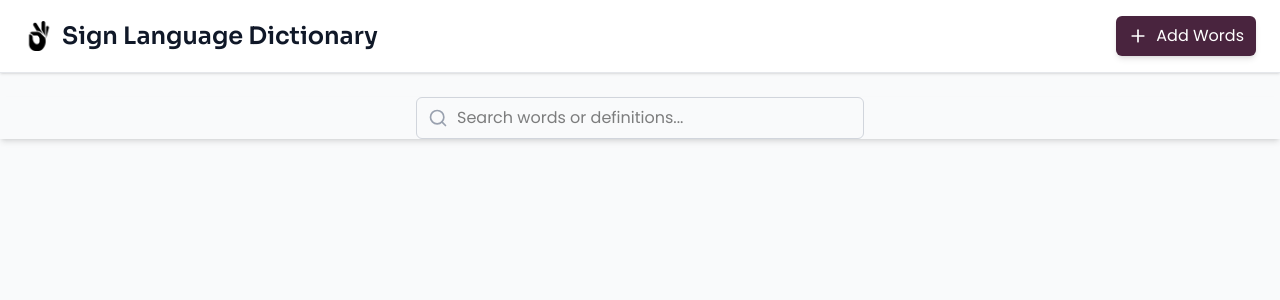
Repository: jabir12-12/sign-setu
Page: /
The author's editor kept a copy of each file at every save. The page is drawn from the files as they stood at one save, then again after the next save.
The browser window is 1280 px wide. The pictures show the whole page.
The project was rebuilt for these pictures with package versions that can differ from the ones it lists, and the page was loaded fresh each time. The framework's server and built-in components were replaced by stand-ins that run in the browser. Also part of the build but not shown: next.config.ts.

Above is the page before, as saved 2025-05-27 16:22:22.

### app/page.tsx
'use client';
import React from 'react';
import Image from 'next/image';
import { Plus, Search } from 'lucide-react';

export default function StockDashboard() {
  return (
    <div className="bg-gray-50 min-h-screen flex flex-col">
      {/* Header */}
      <header className="sticky top-0 z-10 flex flex-wrap justify-between items-center px-4 md:px-6 py-3 md:py-4 bg-white border-b border-gray-200 shadow-sm">
        {/* Left: Logo & Title */}
        <div className="flex items-center space-x-2 mb-2 md:mb-0 justify-center">
          <Image
            src="/images/ok.png"
            alt="Logo icon"
            width={30}
            height={30}
          />
          <h1 className="text-gray-900 font-semibold text-lg md:text-2xl whitespace-nowrap">
            Sign Language Dictionary
          </h1>
        </div>

        {/* Right: Add Button */}
        <div className="flex items-center gap-2">
          <button className="bg-[#49243E] text-white px-3 py-2 rounded-full md:rounded-md flex items-center justify-center hover:bg-[#704264] transition-colors duration-200 shadow-md hover:shadow-md">
            <Plus className="w-5 h-5" />
            <span className="hidden md:inline ml-2">Add Words</span>
          </button>
        </div>
      </header>

      {/* Centered Search Bar */}
      <div className="flex justify-center mt-6 px-4 shadow-md">
        <div className="relative w-full max-w-md">
          <span className="absolute inset-y-0 left-0 pl-3 flex items-center text-gray-400">
            <Search className="w-5 h-5" />
          </span>
          <input
            type="text"
            placeholder="Search words or definitions..."
            className="w-full pl-10 pr-4 py-2 border border-gray-300 rounded-md focus:outline-none focus:ring-2 focus:ring-[#BB8493] focus:border-[#BB8493] hover:border-gray-400 transition-all duration-200"
          />
        </div>
      </div>
    </div>
  );
}

### app/globals.css
@import url('https://fonts.googleapis.com/css2?family=Poppins:wght@400;500;600&family=Inter:wght@400;500;600&family=Sora:wght@400;500;600;700;800&display=swap');
@import url('https://fonts.googleapis.com/css2?family=Inter:wght@400;700&display=swap');

@import "tailwindcss";

body {
  background-color: #f7f8fb;
  margin: 0;
  padding: 0;
  font-family: 'Poppins', sans-serif;
  justify-content: center;
  align-items: center;
  height: 100vh;
}

.video-js .vjs-playback-rate {
  font-size: 10px;
  transform: translateY(12px);
  /* Moves the button down by 10px */

}

.heading .head {
  font-family: 'Sora', sans-serif;
  font-size: 24px;
  /* Example size */
  font-weight: 700;
}

/* Example for other headings if needed */
h1,
h2,
h3,
h4,
h5,
h6 {
  font-family: 'Sora', sans-serif;
}

h3 {
  font-size: 18px;
  font-weight: 600;
}

/* Ensure that other text elements use Poppins */
p,
span,
div {
  font-family: 'Poppins', sans-serif;
}

.button {
  outline: none;
}

/* Custom scrollbar styles */

::-webkit-scrollbar {
  width: 7px;
  height: 7px;
}

::-webkit-scrollbar-thumb {
  background-color: rgba(234, 236, 240, 1);
  ;

  border-radius: 100px;
}

::-webkit-scrollbar-track {
  background: "white";

}

/* THIS IS FOR TEXT-EDITOR IN DISSCUSSION TAB --------------------------*/
.custom-quill .ql-container {
  border: none !important;
  /* Remove the border from the container */
}

.custom-quill .ql-editor {
  border: none !important;
  /* Ensure no border around the editor */
}

.custom-quill:focus {
  outline: none;
  /* Remove outline on focus */
}

.custom-quill .ql-editor {
  font-size: 16px;
  /* Set text size to 16px */
  font-family: 'Poppins', sans-serif;
  font-style: normal;
  /* Use the Poppins font */

}

.custom-quill .ql-editor:empty::before {

  /* Show placeholder */
  color: #667085;
  /* Placeholder color */
  font-family: 'Poppins', sans-serif;
  font-style: normal;
  /* Poppins font for placeholder */
  font-size: 16px;
  /* Placeholder size */
  position: absolute;
  /* Position it absolutely */
  left: 10px;
  /* Adjust according to your padding */
  top: 10px;
  /* Adjust according to your padding */
  pointer-events: none;
  /* Prevent interaction */
}

.custom-quill .ql-editor:focus::before {
  display: none;
  /* Hide placeholder on focus */
}

/* -------------------------------------------------- */
/* FOR TOOLTIP FOR TEST PAGE ONLY ->learn Tab */


.tooltipText {
  position: absolute;
  color: white;
  bottom: 125%;
  /* Position above the button */
  left: 50%;
  /* Center horizontally */
  transform: translateX(-50%);
  /* Adjust to center the tooltip */

  z-index: 3;
  background-color: #131313;
  box-shadow: 0 5px 10px rgba(0, 0, 0, 0.3);
  padding: 6px 14px;
  /* Padding inside the tooltip */
  width: 204px;
  /* Fixed width */
  height: auto;
  /* Hug content (height grows with content) */
  min-height: 78px;
  /* Minimum height */
  font-size: 15px;
  font-weight: 400;
  border-radius: 5px;
  white-space: normal;
  /* Allow text wrapping for longer content */
  opacity: 0;
  pointer-events: none;
  transition: all 0.4s ease;
}

.tooltip:hover .tooltipText {
  opacity: 1;
  pointer-events: auto;
  transform: translate(-50%, -10px);
  /* Move tooltip slightly up on hover */
}

.drawer-overlay {
  background-color: transparent !important;
  /* Makes the overlay transparent */
}

/* magic.module.css */
.customCheckbox input[type="checkbox"]:checked {
  background-color: #9012FF;
  border-color: #9012FF;
}

/* Add this to your global CSS file */
.ql-container .ql-editor img {
  cursor: pointer;
}

.image-resizer {
  border: 1px dashed #999;
  position: absolute;
}

.image-resizer .resize-handle {
  background-color: #fff;
  border: 1px solid #999;
  height: 8px;
  width: 8px;
  position: absolute;
}

.image-resizer .resize-handle.se {
  bottom: -5px;
  right: -5px;
  cursor: se-resize;
}

.image-resizer .resize-handle.sw {
  bottom: -5px;
  left: -5px;
  cursor: sw-resize;
}

.image-resizer .resize-handle.ne {
  top: -5px;
  right: -5px;
  cursor: ne-resize;
}

.image-resizer .resize-handle.nw {
  top: -5px;
  left: -5px;
  cursor: nw-resize;
}


@layer base {
  :root {
    --radius: 0.5rem;
    --chart-1: 12 76% 61%;
    --chart-2: 173 58% 39%;
    --chart-3: 197 37% 24%;
    --chart-4: 43 74% 66%;
    --chart-5: 27 87% 67%;
  }

  .dark {
    --chart-1: 220 70% 50%;
    --chart-2: 160 60% 45%;
    --chart-3: 30 80% 55%;
    --chart-4: 280 65% 60%;
    --chart-5: 340 75% 55%;
  }
}

Loaded but not shown: app/layout.tsx (common file)

After the next save:
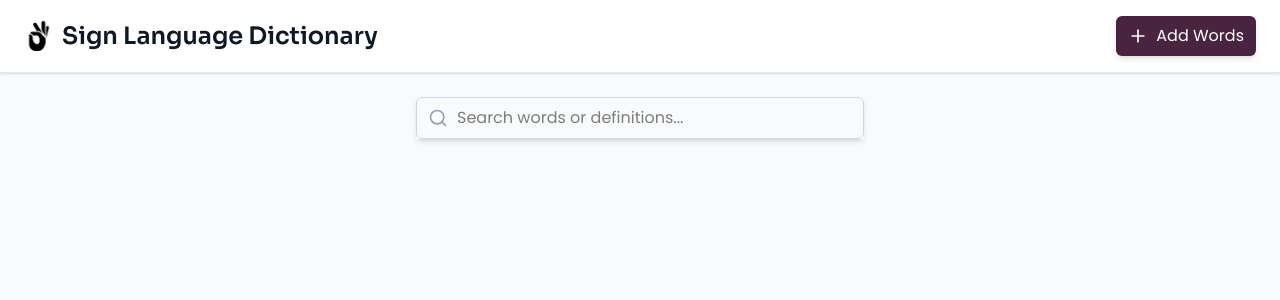
Saved 18 s later.
--- a/app/page.tsx
+++ b/app/page.tsx
@@ -31,8 +31,8 @@ export default function StockDashboard() {
       </header>
 
       {/* Centered Search Bar */}
-      <div className="flex justify-center mt-6 px-4 shadow-md">
-        <div className="relative w-full max-w-md">
+      <div className="flex justify-center mt-6 px-4 ">
+        <div className="relative w-full max-w-md shadow-md">
           <span className="absolute inset-y-0 left-0 pl-3 flex items-center text-gray-400">
             <Search className="w-5 h-5" />
           </span>
